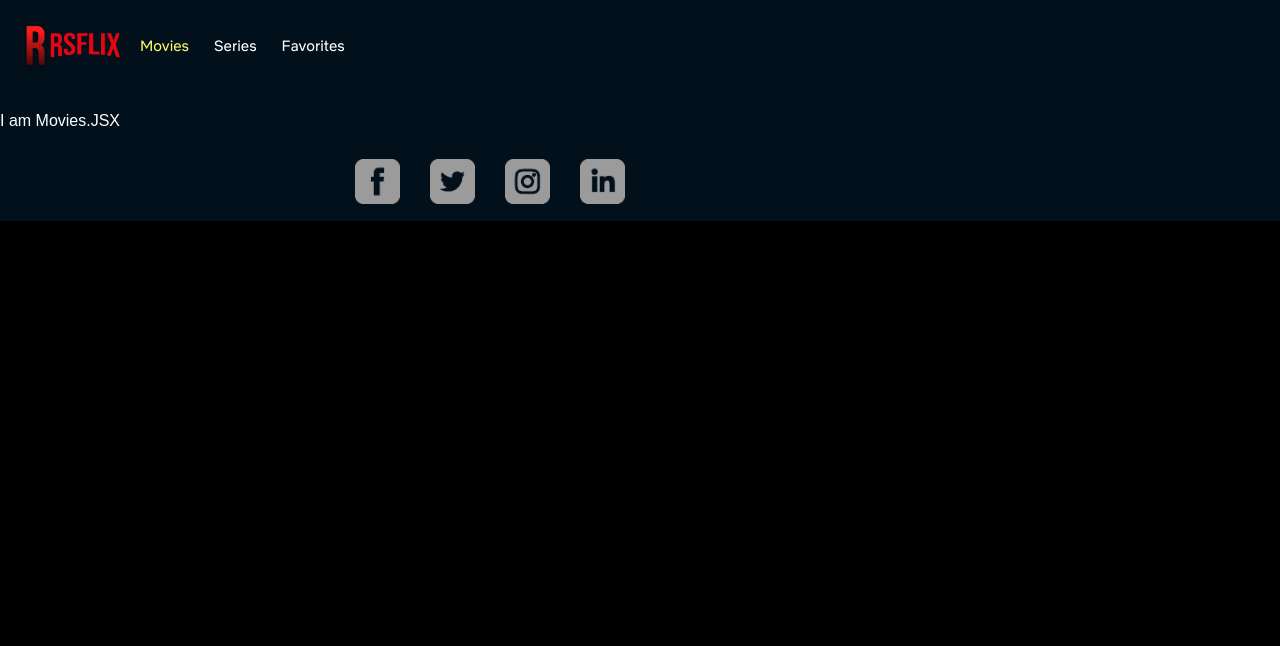
Repository: ronnysalas459/final_project_react
Page: /
An editor plug-in stored every save of this project. The page is shown before and after the next save, followed by the edit.
The browser window is 1280 px wide. The pictures show the whole page.
The project was rebuilt for these pictures with package versions that can differ from the ones it lists, and the page was loaded fresh each time. Also part of the build but not shown: src/containers/Series.jsx, src/containers/Favorites.jsx.

Above is the page before, as saved 2021-09-29 21:15:46.

After the next save:
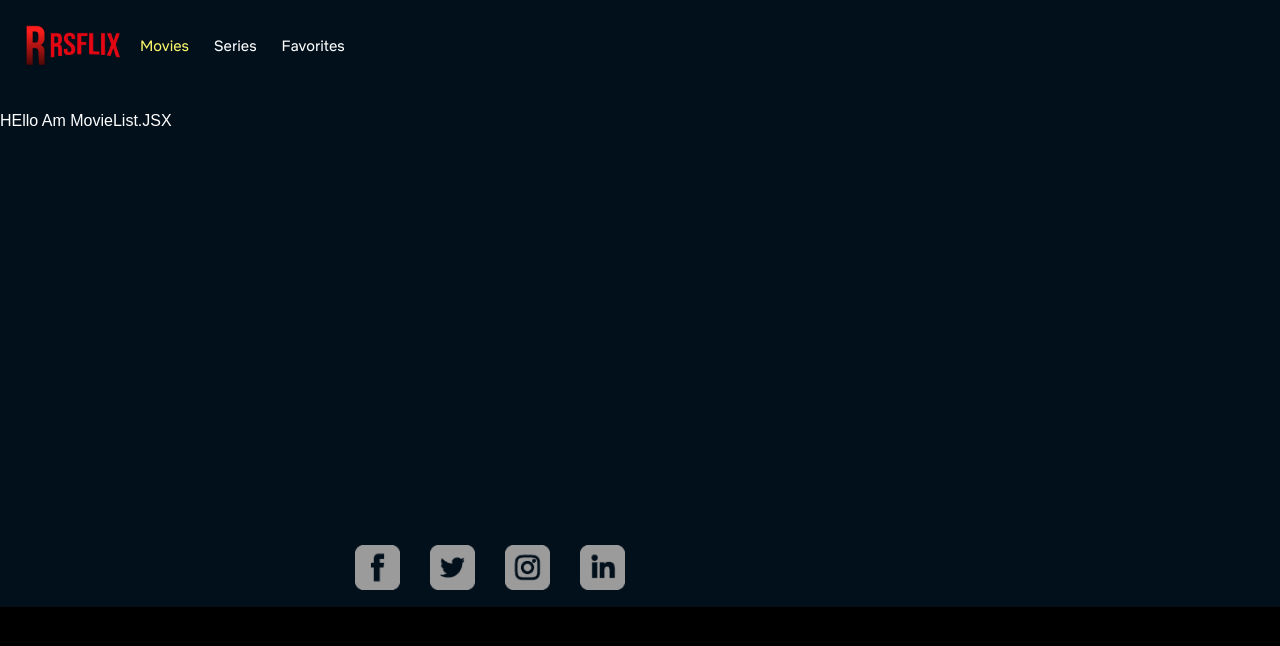
Saved 75 s later.
--- a/src/containers/Movies.jsx
+++ b/src/containers/Movies.jsx
@@ -1,9 +1,10 @@
 import React from 'react'
+import MovieList from '../components/MovieList';
 
 const Movies = () => (
-    <p>
-        I am Movies.JSX
-    </p>
+    <section className = "movies">
+        <MovieList />
+    </section>
 )
 
 export default Movies
